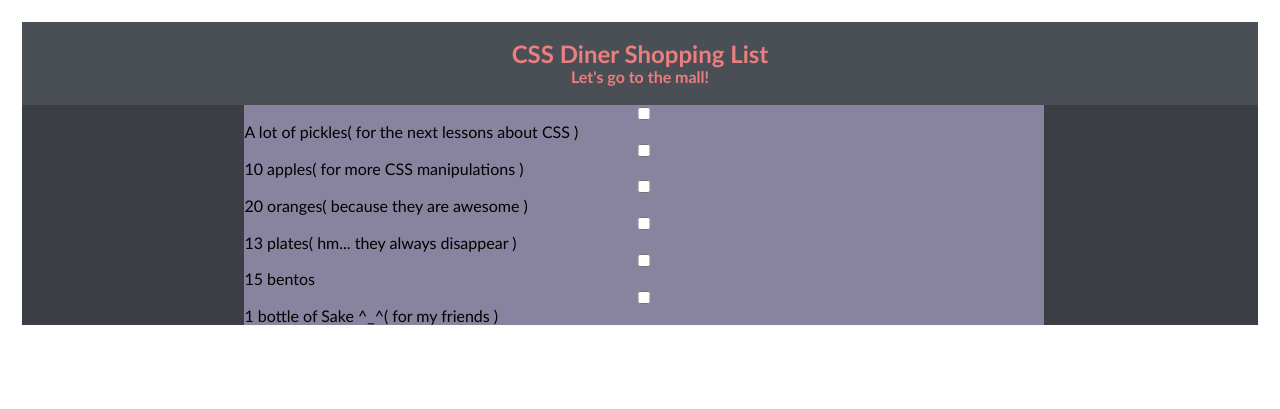
Repository: shpakovskaya/github.io
Page: selector css/shopping list/index.html
The author's editor kept a copy of each file at every save. The page is drawn from the files as they stood at one save, then again after the next save.
The browser window is 1280 px wide. The pictures show the whole page.

Above is the page before, as saved 2021-10-25 19:04:18.

After the next save:
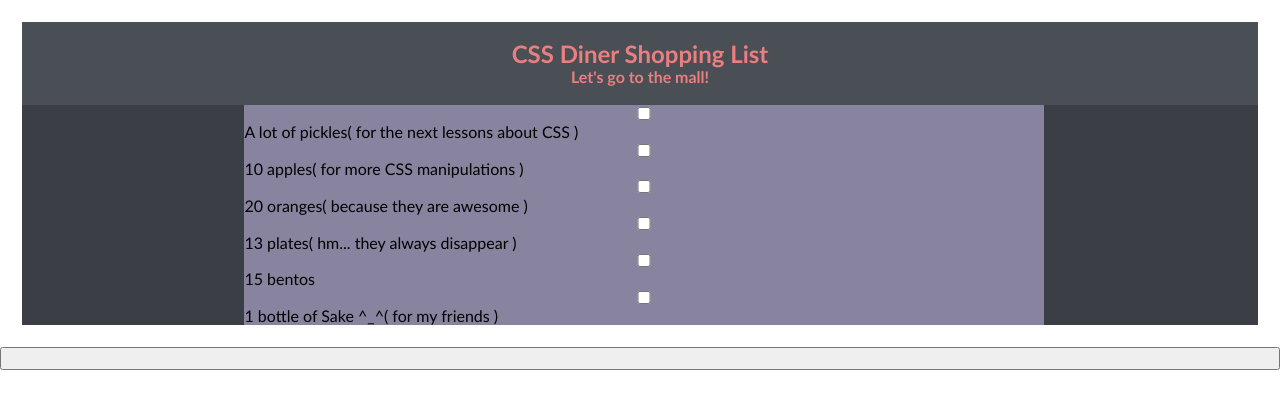
Saved 8 min 30 s later.
--- a/selector css/shopping list/index.html
+++ b/selector css/shopping list/index.html
@@ -62,5 +62,10 @@
         </form>
       </div>
     </div>
+    <div>
+      <footer class="footer">
+        <input type="submit" value="" />
+      </footer>
+    </div>
   </body>
 </html>
